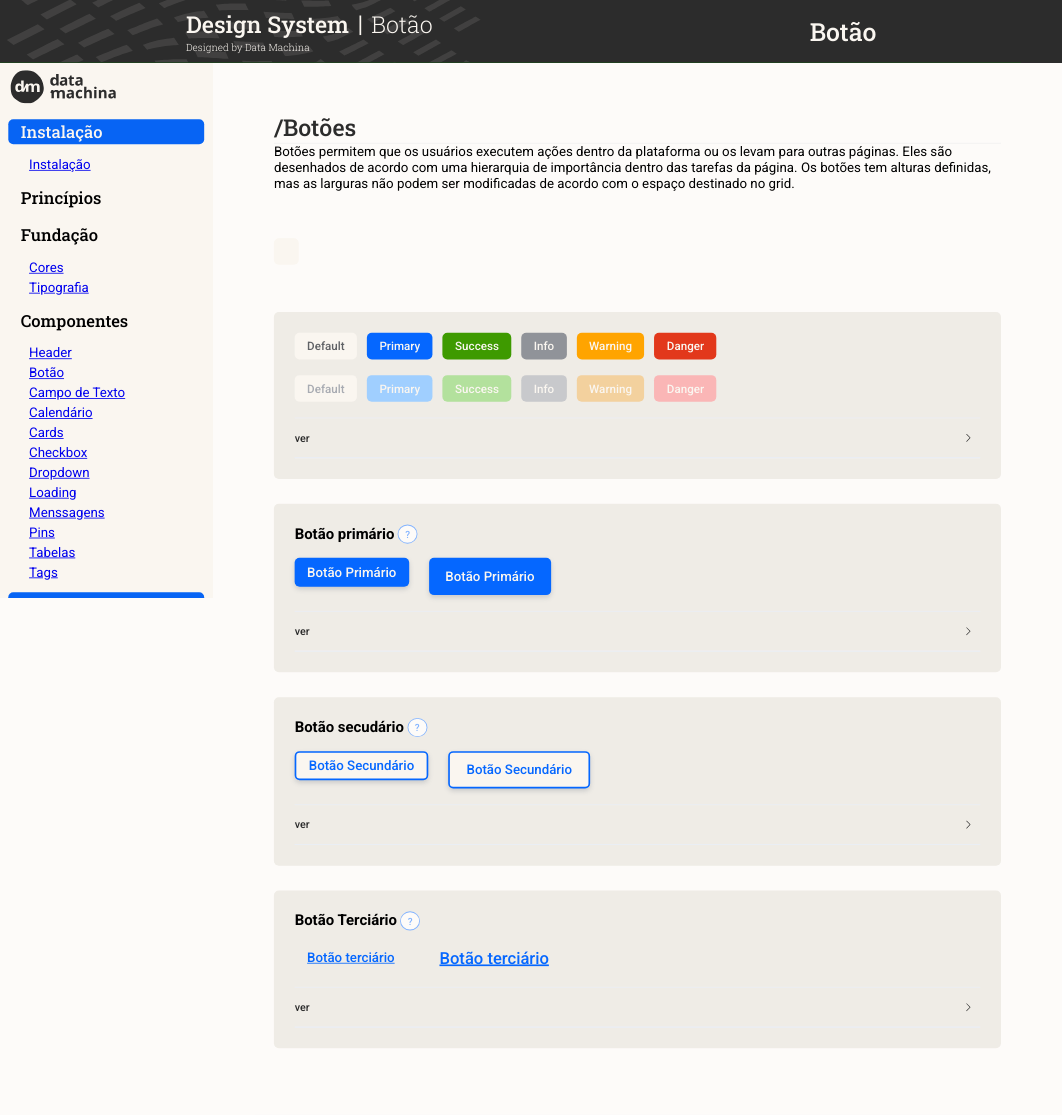
Repository: gustavoemmanoel/DM-Design-System
Page: /#/BotaoDs
An editor plug-in stored every save of this project. The page is shown before and after the next save, followed by the edit.
The browser window is 1280 px wide. The pictures show the whole page, at 83% of full size.
The project was rebuilt for these pictures with package versions that can differ from the ones it lists, and the page was loaded fresh each time. Also part of the build but not shown: vue.config.js, src/views/Installation/InstallationEl.vue, src/views/Fundacao/ColorsDs.vue, src/views/Fundacao/IconografiaDs.vue, src/views/Fundacao/TipografiaDs.vue, src/views/Componentes/HeaderPage.vue, src/views/Componentes/CalendarioDs.vue, src/views/Componentes/CampoTextoDs.vue and 9 more.

Above is the page before, as saved 2022-10-20 20:27:48.

### src/App.vue
<template>
  <div>
    <router-view />
  </div>
</template>

<script>
export default {
  name: "app",
};
</script>

<style>


@import 'index.css';

body {
  overflow-y: scroll;
  background: #fdfbf9;
  /* padding-top: 75px; */
}

.flex {
  display: flex;
  align-items: center;
}

</style>

<style>
.logo {
  width: 220px;
}

.el-header {
  background: green;
  position: fixed;
  width: 100%;
  padding: 0 !important;
  height: 75px !important;
  overflow: hidden;
}

.el-aside {
  margin-top: 75px;
  width: 256px;
}

footer {
  background: pink;
}

.containerInfos {
  background: var(--dm_creme_00);
  color: var(--dm_preto_00);
  border-radius: 6px;
  width: max-content;
  padding: 30px;
}

.componentsStyleContent {
  width: 100vw;
  /* background: gray; */
}

.el-main {
  margin: auto;
  margin-top: 75px;
  margin-bottom: 30px;
  max-width: 1020px;
  padding: 20px;
  padding: 60px 72px 20px 72px;
  box-sizing: border-box;
  border-radius: 6px;
}

.container-elementos {
  background: red;
  background: var(--dm_creme_01);
  width: 100%;
  border-radius: 6px;
  padding: 25px;
  margin-bottom: 30px;
}

.chaves,
.html_color_conteudo,
.html_codigos_blue,
.html_color_axx {
  display: inline;
  /* float: left;   */
}

.html_codigos_blue {
  color: #3375b9;
}
.html_color_conteudo {
  color: #2c2c2c;
}

.html_color_axx {
  color: var(--dm_roxo_C04);
}

/*  */

.html-line-height {
  line-height: 25px;
  background: rgba(151, 240, 151, 0.404);
}
</style>

### src/views/Componentes/BotaoDs.vue
<template>
  <el-container>
    <el-header>
      <HeaderDs :headerTitle="headerTitle" />
    </el-header>
    <el-container>
      <el-aside>
        <AsideComponent :btnAtivo="btnAtivo" />
      </el-aside>
      <el-main>
        <div>
          <h1>/Botões</h1>
          <div class="hr" />
          <p>
            Botões permitem que os usuários executem ações dentro da plataforma
            ou os levam para outras páginas. Eles são desenhados de acordo com
            uma hierarquia de importância dentro das tarefas da página. Os
            botões tem alturas definidas, mas as larguras não podem ser
            modificadas de acordo com o espaço destinado no grid.
          </p>
        </div>
        <br />
        <br />
        <br />
        <el-button></el-button>
        <br />
        <br />
        <br />
        <br />




        <div class="container-elementos">
          <el-button>Default</el-button>
          <el-button type="primary">Primary</el-button>
          <el-button type="success">Success</el-button>
          <el-button type="info">Info</el-button>
          <el-button type="warning">Warning</el-button>
          <el-button type="danger">Danger</el-button>
          <br />
          <br />
          <el-button disabled>Default</el-button>
          <el-button type="primary" disabled>Primary</el-button>
          <el-button type="success" disabled>Success</el-button>
          <el-button type="info" disabled>Info</el-button>
          <el-button type="warning" disabled>Warning</el-button>
          <el-button type="danger" disabled>Danger</el-button>
          <br />
          <br />
          <el-collapse v-model="activeNames" @change="handleChange">
            <el-collapse-item title="ver" name="3" >
              <div class="html_codigos_blue">
                <!-- el-button default -->
                <el-row>
                  <el-row>&#60;el-button&#62;</el-row>
                  <div class="html_color_conteudo">Botão</div>
                  <p>&lt;/el-button&gt;</p>
                </el-row>
                <!-- el-button primario -->
                <el-row>
                  <el-row
                    >&#60;el-button type=
                    <div class="html_color_axx">primario</div>
                    &#62;</el-row
                  >
                  <div class="html_color_conteudo">Botão</div>
                  <p>&lt;/el-button&gt;</p>
                </el-row>
                <!-- el-button success -->
                <el-row>
                  <el-row
                    >&#60;el-button type=
                    <div class="html_color_axx">success</div>
                    &#62;</el-row
                  >
                  <div class="html_color_conteudo">Botão</div>
                  <p>&lt;/el-button&gt;</p>
                </el-row>
                <!-- el-button info -->
                <el-row>
                  <el-row
                    >&#60;el-button type=
                    <div class="html_color_axx">info</div>
                    &#62;</el-row
                  >
                  <div class="html_color_conteudo">Botão</div>
                  <p>&lt;/el-button&gt;</p>
                </el-row>
                <!-- el-button warning -->
                <el-row>
                  <el-row>&#60;el-button type=
                    <div class="html_color_axx">warning</div>
                    &#62;</el-row>
                  <div class="html_color_conteudo">Botão</div>
                  <p>&lt;/el-button&gt;</p>
                </el-row>
                <!-- el-button danger -->
                <el-row>
                  <el-row
                    >&#60;el-button type=
                    <div class="html_color_axx">danger</div>
                    &#62;</el-row
                  >
                  <div class="html_color_conteudo">Botão</div>
                  <p>&lt;/el-button&gt;</p>
                </el-row>
              </div>
            </el-collapse-item>
          </el-collapse>
        </div>
        <div
          class="container-elementos"
          v-for="(btnVfor, index) in btnConteudos"
          :key="index"
        >
          <h5 style="position: relative">
            {{ btnVfor.title }}
            <el-popover
              placement="top-start"
              :width="700"
              trigger="hover"
              :content="btnVfor.content"
            >
              <template #reference>
                <el-button size="small" class="tooltip">?</el-button>
              </template>
            </el-popover>
          </h5>
          <el-row>
            <el-col
              v-for="(btnGrid, index) in btnVfor.gridButtons"
              :key="index"
              class="cardsBtn"
            >
              <br />
              <div class="botoes">
                <el-button :type="btnGrid.type">
                  {{ btnGrid.btnText }}
                </el-button>
                <el-button :type="btnGrid.larger">
                  {{ btnGrid.btnText }}
                </el-button>
              </div>
              <br />
            </el-col>
          </el-row>
          <el-col :span="24">
            <el-collapse v-model="activeNames" @change="handleChange">
              <el-collapse-item title="ver" name="3">
                <div style="margin-left: 16px" class="html_codigos_blue">
                  <el-row
                    v-for="(style, index) in btnVfor.stringHTML"
                    :key="index"
                    class="html-line-height"
                  >
                    &lt;el-button type=
                    <div class="html_color_axx">{{ style.html }}</div>
                    &gt;
                    <div class="html_color_conteudo">Botão</div>
                    &lt;/el-button&gt;
                  </el-row>
                </div>
              </el-collapse-item>
            </el-collapse>
          </el-col>
        </div>
      </el-main>
    </el-container>
  </el-container>
</template>
<script>
import AsideComponent from "../ElementsDs/AsideComponent.vue";
import HeaderDs from "../../components/HeaderDs.vue";

export default {
  name: "BotaoDs",
  components: {
    AsideComponent,
    HeaderDs,
  },
  data() {
    return {
      headerTitle: "Botão",

      btnAtivo: { cores: "text-decoration: underline" },
      btnConteudos: [
        {
          content:
            "O botão primário é o que tem a maior ênfase na tela. É destinado à ação essencial do usuário para executar a tarefa principal da página. Possui quatro estados diferentes: ativo, hover, click e bloqueado. Também possui dois tamanhos: o padrão, mais utilizado; e o grande, para casos onde é necessário ainda mais destaque na página, por exemplo na tela de login.",
          title: "Botão primário",
          gridButtons: [
            /* Primeiro */
            {
              btnText: "Botão Primário",
              uso: "Quando o botão está disponível na tela para ser clicado.",
              type: "primario",
              larger: "primario-larger",
            },
          ],

          stringHTML: [
            {
              html: '"primario"',
            },
            {
              html: '"primario-larger"',
            },

            // { html: '<el-button type="primario-larger">Primário<el-button> ' },
          ],
        },
        /* Segundo */
        {
          content:
            "O botão secundário é destinado à ações que tem menor importância em relação à ação principal da página ou em páginas que contenham mais de uma ação primária. Possui quatro estados diferentes: ativo, hover, click e bloqueado. Possui  também dois tamanhos: o padrão, mais utilizado; e o grande, para casos onde é necessário ainda mais destaque na página.",
          title: "Botão secudário",
          gridButtons: [
            {
              btnText: "Botão Secundário",
              type: "secundario",
              larger: "secundario-larger",
            },
          ],
          stringHTML: [
            { html: '"secundario"' },
            {
              html: '"secundario-larger"',
            },
          ],
        },
        /* Terceiro */
        {
          content:
            "O botão terciário é usado em ações de pouca importância e não deve ser o único botão da página. Geralmente guia para elementos externos ao sistema. Possui quatro estados diferentes: ativo, hover, click e bloqueado. Ele só possui o tamanho padrão.",
          title: "Botão Terciário",
          gridButtons: [
            {
              btnText: "Botão terciário",
              type: "terciario",
              larger: "terciario-larger",
            },
          ],
          stringHTML: [
            { html: '"terciario"' },
            {
              html: '"terciario-larger"',
            },
          ],
        },
      ],
    };
  },
};
</script>

<style scoped>
.cardsBtn {
  border-radius: 6px;
  width: 50px;
}

.botoes {
  display: flex;
  gap: 12px;
}

.codigos {
  display: grid;
}

.tooltip {
  position: absolute;
  border: 1px solid var(--dm_azul_02);
  background: var(--dm_creme_02);
  border-radius: 50% !important;
  margin-left: 4px;
  color: var(--dm_azul_02);
  width: 10px !important;
  height: 23px !important;
}

.testtooltip:focus,
.tooltip:hover {
  color: var(--dm_azul_02);
  border-color: var(--dm_azul_02);
}
.el-collapse {
  --el-collapse-header-bg-color: none;
  --el-collapse-content-bg-color: none;
}
* {
  outline: none;
}
</style>

### src/views/PDF.vue
<template>
  <div>
    <div class="container">
      <div class="mestre">
        <div class="pai">
          <div class="filho">
            <div class="relatorio filhoDiv" >
              <img src="/logo.jpg">
              <div class="rela"> Relatório de rotas </div></div>
            <div class="romaneio filhoDiv">Roteiro X - Detalhes de Entrega</div>
          </div>
          <div class="data">01/01/2022</div>
        </div>
        <table>
          <tr class="veiculo">
            <td v-for="(totaisdados, index) in DadosTotais" :key="index">
              <b> {{ totaisdados.name }} </b>
              <p>{{ totaisdados.dados }}</p>
            </td>
          </tr>
        </table>
      </div>
      <br />
      <table class="cont-table">
        <tr class="titulo">
          <td><b> Identificação</b></td>
          <td><b>Endereço</b></td>
          <td><b>Distância</b></td>
          <td><b>Quantidade</b></td>
          <td><b>Peso</b></td>
          <td><b>Volume</b></td>
        </tr>
        <tr class="resp" v-for="(trTop, index) in dadosBackEnd" :key="index">
          <td v-for="(dado, index) in trTop.tr" :key="index">
            {{ dado.td }}
          </td>
        </tr>
      </table>
    </div>
  </div>
</template>
<script>
export default {
  name: "PDF",
  data() {
    return {
      DadosTotais: [
        {
          name: "Veículos",
          dados: "20",
        },
        {
          name: "N° de visitas",
          dados: "20",
        },
        {
          name: "Distância Total",
          dados: "100km",
        },
        {
          name: "Temp Total",
          dados: "223450",
        },
        {
          name: "Peso Total",
          dados: "34",
        },
        {
          name: "Volume Total",
          dados: "425643",
        },
        {
          name: "Ocupação Total",
          dados: "485603",
        },
      ],

      dadosBackEnd: [
        {
          tr: [
            { td: "Mateus" },
            { td: "Guilherme" },
            { td: "Gustavo" },
            { td: "Ivo" },
            { td: "Elisa" },
            { td: "Pedro" },

          ],
        },
        {
          tr: [
            { td: "Mateus" },
            { td: "Guilherme" },
            { td: "Gustavo" },
            { td: "Ivo" },
            { td: "Elisa" },
            { td: "Pedro" },

          ],
        },
        {
          tr: [
            { td: "Mateus" },
            { td: "Guilherme" },
            { td: "Gustavo" },
            { td: "Ivo" },
            { td: "Elisa" },
            { td: "Pedro" },

          ],
        },
        {
          tr: [
            { td: "Mateus" },
            { td: "Guilherme" },
            { td: "Gustavo" },
            { td: "Ivo" },
            { td: "Elisa" },
            { td: "Pedro" },

          ],
        },
        {
          tr: [
            { td: "Mateus" },
            { td: "Guilherme" },
            { td: "Gustavo" },
            { td: "Ivo" },
            { td: "Elisa" },
            { td: "Pedro" },

          ],
        },
        {
          tr: [
            { td: "Mateus" },
            { td: "Guilherme" },
            { td: "Gustavo" },
            { td: "Ivo" },
            { td: "Elisa" },
            { td: "Pedro" },

          ],
        },
        {
          tr: [
            { td: "Mateus" },
            { td: "Guilherme" },
            { td: "Gustavo" },
            { td: "Ivo" },
            { td: "Elisa" },
            { td: "Pedro" },

          ],
        },
        {
          tr: [
            { td: "Mateus" },
            { td: "Guilherme" },
            { td: "Gustavo" },
            { td: "Ivo" },
            { td: "Elisa" },
            { td: "Pedro" },

          ],
        },
        {
          tr: [
            { td: "Mateus" },
            { td: "Guilherme" },
            { td: "Gustavo" },
            { td: "Ivo" },
            { td: "Elisa" },
            { td: "Pedro" },

          ],
        },
        {
          tr: [
            { td: "Mateus" },
            { td: "Guilherme" },
            { td: "Gustavo" },
            { td: "Ivo" },
            { td: "Elisa" },
            { td: "Pedro" },

          ],
        },
        {
          tr: [
            { td: "Mateus" },
            { td: "Guilherme" },
            { td: "Gustavo" },
            { td: "Ivo" },
            { td: "Elisa" },
            { td: "Pedro" },

          ],
        },
        {
          tr: [
            { td: "Mateus" },
            { td: "Guilherme" },
            { td: "Gustavo" },
            { td: "Ivo" },
            { td: "Elisa" },
            { td: "Pedro" },

          ],
        },

      ],
    };
  },
};
</script>

<style scoped>
@import url("https://fonts.googleapis.com/css2?family=Roboto:ital,wght@0,100;0,300;0,400;0,500;0,700;0,900;1,100;1,300;1,400;1,500;1,700;1,900&display=swap");
/* Roboto */
/* font-family: 'Roboto', sans-serif; */

@import url("https://fonts.googleapis.com/css2?family=Roboto+Slab:wght@200;300;400;500;600;700;800;900&display=swap");
/* Roboto Slab */
/* font-family: 'Roboto Slab', serif; */




.container {
  width: 1000px;
  margin: auto;
  color: #2c2c2c !important;
}

.mestre {
  border-collapse: collapse;
  margin-top: 20px;
}
.relatorio {
  display: flex;
  font-size: 35px;
  align-items: center;
}

.relatorio img{
  width: 120px;
  object-fit: contain;
  position: absolute;
  margin-left: 10px;

}

.rela{
  width: 100%;
}


.pai {
  display: flex;
  font-size: 25px;
}
.filho {
  width: 728px;
}

.romaneio{
  text-align: center;
  display: flex;
  align-items: center;
  justify-content: center;
}
.filhoDiv {
  font-family: "Roboto Slab", serif;
  font-weight: bold;
  border-width: 1px 0 0 1px;
  border-color: #cacaca;
  border-style: solid;
  height: 60px;
  text-align: center;
  display: flex;
}
.data {
  font-family: "Roboto Slab", serif;
  font-weight: bold;
  display: flex;
  align-items: center;
  justify-content: center;
  font-size: 25px;
  width: 222px;
  text-align: center;
  border-width: 1px 1px 0 1px;
  border-color: #cacaca;
  border-style: solid;
}
table {
  border-collapse: collapse;
}
h1 {
  font-size: 16px;
  color: #2c2c2c;
}
.veiculo td {
  border-width: 1px;
  border-color: #cacaca;
  border-style: solid;
  height: 56px;
  width: 159px;
  padding: 10px;
  text-align: center;

  font-size: 18px;
}
.veiculo tr {
  margin-left: 400px;
  height: 40px;
}
.titulo td {
  font-size: 18px;
}

.cont-table > tr:nth-child(2n) {
  background: #f0f0f0;
}

.cont-table td {
  width: 190px;
}
td {
  border-width: 1px;
  border-color: #cacaca;
  border-style: solid;

  padding: 10px;
  text-align: center;
}
.resp td {
  font-weight: normal;
  font-size: 18px;
}
</style>

### src/components/HeaderDs.vue
<template>
  <div>
    <el-col class="header">
      <el-col :offset="4" :span="16" class="container-ds">
        <div>
          <div class="cont-ds">
            <p class="first-title">Design System</p>
            |
            <p class="second-title">{{ headerTitle }}</p>
          </div>
          <p class="sub-title">Designed by Data Machina</p>
        </div>
        <div class="align_right">
          <p class="principal">{{ headerTitle }}</p>
        </div>
        <img class="graf" src="/grafismo.svg" />
      </el-col>
    </el-col>
  </div>
</template>
<script>
export default {
  name: "HeaderDs",
  props: {
    headerTitle: String,
  },
};
</script>

<style scoped>
.header {
  display: flex;
  align-items: center;
  top: 0;
  /* position: fixed; */
  background-color: #2c2c2c;
  color: #faf6f0;
  height: 75px;
  overflow: hidden;
  width: 100%;
  z-index: 100;
}
.container-ds {
  display: flex;
  align-items: center;
}

.align_right {
  margin-left: auto;
}

.cont-ds {
  display: flex;
  align-items: center;
  gap: 10px;
  font-size: 28px;
}

.first-title {
  font-weight: 500;
  font-family: "Roboto Slab", serif;
}

.second-title {
  font-size: 28px;
  font-weight: 300;
  font-family: "Roboto Slab", serif;
}

.sub-title {
  font-size: 12px;
  font-weight: 300;
  font-family: "Roboto Slab", serif;
}

.principal {
  font-size: 30px;
  font-weight: 500;
  font-family: "Roboto Slab", serif;
}

.graf {
  position: absolute;
  height: 475px;
  left: 0;
  opacity: 0.1;
}
</style>

### src/views/ElementsDs/AsideComponent.vue
<template>
  <div class="side-bar">
    <img class="logo-dm" src="/logo.svg" />
    <!-- Princípios -->
    <div class="component-tag tag-ativa">Instalação</div>
    <div class="options">
      <router-link to="InstallationEl">Instalação</router-link>
    </div>
    <div class="component-tag">Princípios</div>
    <!-- Fundação -->
    <div class="component-tag">Fundação</div>
    <div class="options">
      <router-link to="ColorsDs" :style="btnAtivo.cores">Cores</router-link>
      <router-link to="TipografiaDs" :style="btnAtivo.tipografia"
        >Tipografia</router-link
      >
    </div>

    <!-- Componentes -->
    <div class="component-tag">Componentes</div>
    <div class="options">
      <router-link to="HeaderPage">Header</router-link>
      <router-link to="BotaoDs">Botão</router-link>
      <router-link to="CampoTextoDs">Campo de Texto</router-link>
      <router-link to="CalendarioDs">Calendário</router-link>
      <router-link to="CardsDs">Cards</router-link>
      <router-link to="CheckboxDs">Checkbox</router-link>
      <router-link to="DropdownDs">Dropdown</router-link>
      <router-link to="LoadingDs">Loading</router-link>
      <router-link to="MenssagensDs">Menssagens</router-link>
      <router-link to="PinsDs">Pins</router-link>
      <router-link to="TabelasDs">Tabelas</router-link>
      <router-link to="TagsDs">Tags</router-link>
    </div>
    <router-link to="SobreDs" class="component-tag tag-ativa"
      >Sobre</router-link
    >
    <!--  <el-footer>
      <img src="/grafismos/graf-01-background.svg" />
      <img src="/grafismos/graf-02-background.svg" />
    </el-footer> -->
  </div>
</template>

<script>
export default {
  name: "AsideComponent",
  props: {
    btnAtivo: String,
  },
};
</script>

<style scoped>
/*  */
.side-bar {
  position: fixed;
  background: #faf6f0;
  overflow-y: auto;
  width: 256px;
  /* padding: 17px; */
  height: calc(100vh - 75px);
  padding: 10px;
  padding-bottom: 30px;
}

.Principles {
  font-family: "Roboto Slab", serif;
  font-weight: 300;
}

.principles-1 {
  font-family: "Roboto Slab", serif;
  font-size: 30px;
  font-weight: 500;
}

.DS {
  font-size: 28px;
  font-family: "Roboto Slab", serif;
}

.logo-dm {
  height: 40px;
  width: 132px;
}

.component-tag {
  font-size: 20px;
  font-weight: 500;
  font-family: "Roboto Slab", serif;
  display: flex;
  align-items: center;
  padding-left: 15px;
  height: 30px;
  border-radius: 6px;
  margin: 15px 0;
}

.tag-ativa {
  background: #0764f4;
  color: #faf6f0;
}

.btn-aside {
  display: flex;
  flex-direction: column;
  align-items: flex-start;
  gap: 5px;
  padding: 10px 0;
}

.btn-aside button {
  background: none;
  border: none;
  font-size: 18px;
  font-weight: 400;
  margin-left: 25px;
  transition: 0.3s;
  cursor: pointer;
}

.btn-aside button:hover {
  color: #0764f4;
  transition: 0.3s;
}

.options {
  display: flex;
  flex-direction: column;
  gap: 5px;
  margin: 10px 0 10px 25px;
}

.options p {
  font-size: 18px;
  font-weight: 400;
  cursor: pointer;
  transition: 0.2s;
}

.options p:hover {
  transition: 0.2s;
  color: var(--dm_cinza_02);
}

footer {
  position: absolute;
  bottom: 0;
  left: 0;
  width: 100%;
  background: #2c2c2c;
  padding: 0;
}
</style>

Loaded but not shown: public/index.html (common file); src/index.css (library); src/router/index.js (133 lines, source omitted); src/main.js (14 lines, source omitted); src/views/Componentes/TagsDs.vue (215 lines, source omitted)

After the next save:
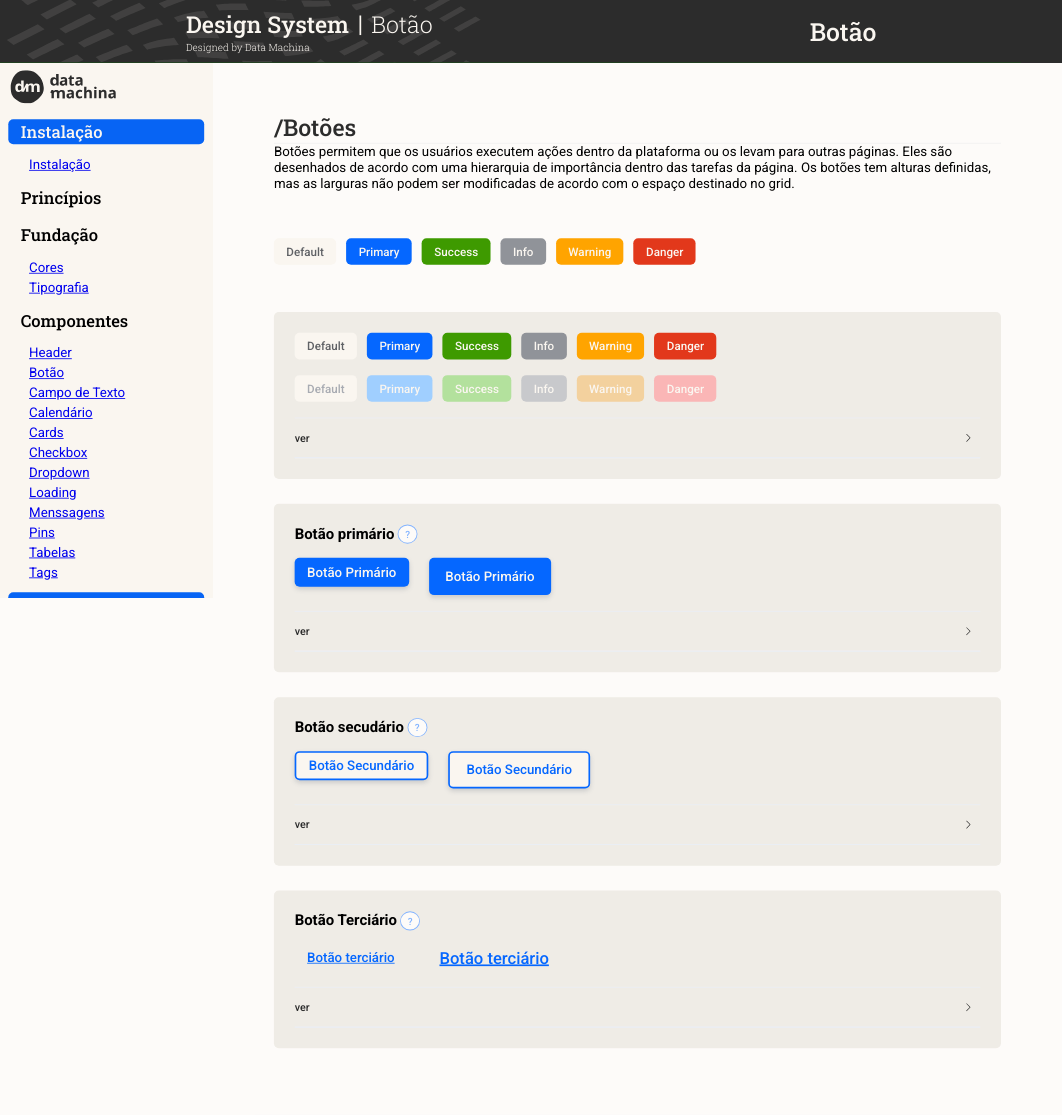
Saved 5 s later.
--- a/src/views/Componentes/BotaoDs.vue
+++ b/src/views/Componentes/BotaoDs.vue
@@ -22,7 +22,12 @@
         <br />
         <br />
         <br />
-        <el-button></el-button>
+        <el-button>Default</el-button>
+        <el-button type="primary">Primary</el-button>
+        <el-button type="success">Success</el-button>
+        <el-button type="info">Info</el-button>
+        <el-button type="warning">Warning</el-button>
+        <el-button type="danger">Danger</el-button>
         <br />
         <br />
         <br />
